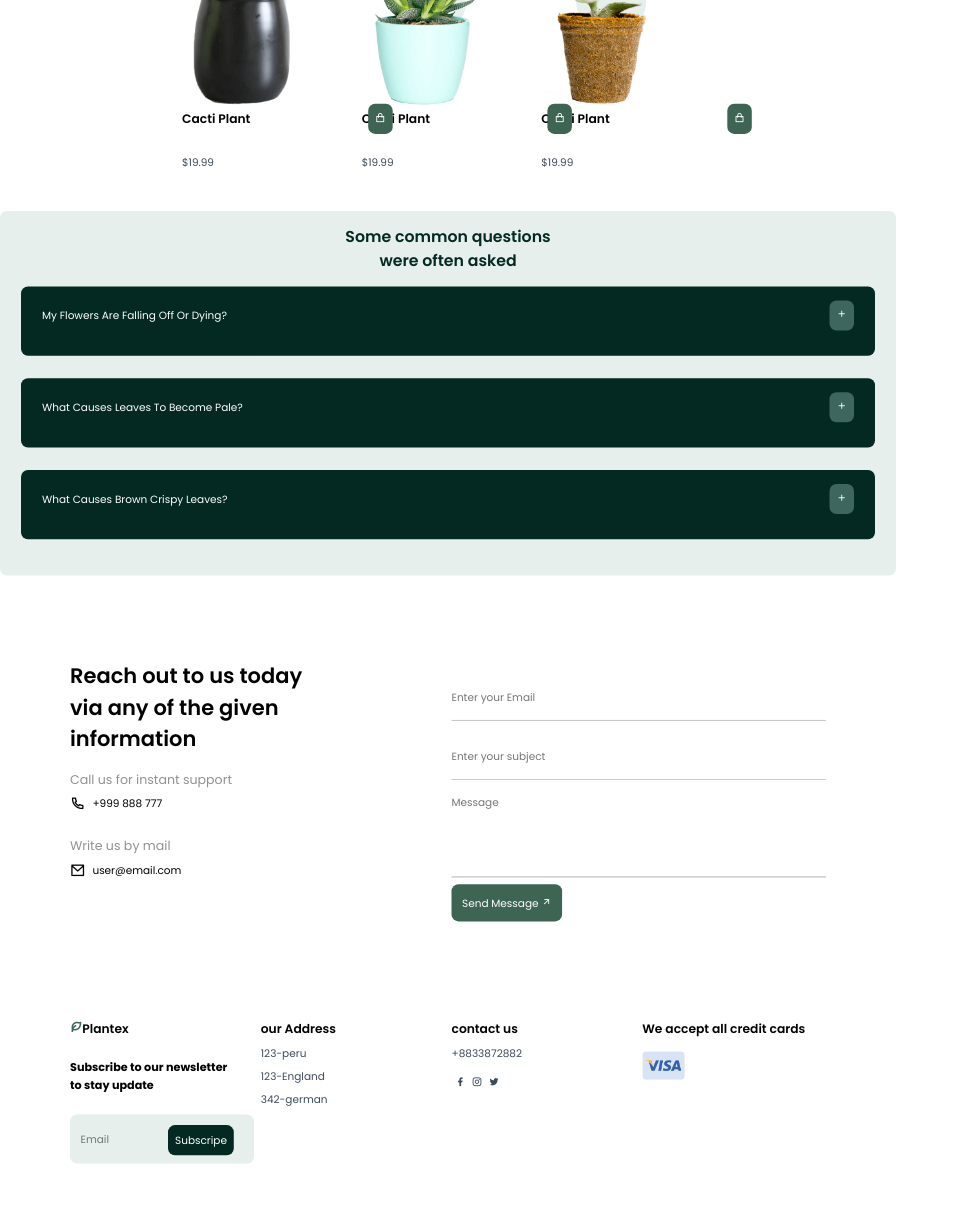
Repository: OmniaRafat232111121/plantwebsite
Page: index.html
An editor plug-in stored every save of this project. The page is shown before and after a run of saves, followed by the edit.
The browser window is 1280 px wide. The page is 1280 px wide, then 1398 px, so the pictures cover 1398 px, including what lies to the right of the window. The pictures show the part of the page from y = 2516 to 4276 px (the page is 4276 px tall), at 70% of full size.

Above is the page before, as saved 2023-01-05 17:12:27.

### index.html
<!DOCTYPE html>
<html lang="en">
<head>
    <meta charset="UTF-8">
    <meta http-equiv="X-UA-Compatible" content="IE=edge">
    <meta name="viewport" content="width=device-width, initial-scale=1.0">
    <title>plant-website</title>
      <!--icon web-->
    <link rel="shortcut icon" href="assets/img/favicon.png" type="image/x-icon">
    <!--css style-->
    <link rel="stylesheet" href="./assets/css/styles.css">
    <!--remix icon-->
    <link href="https://cdn.jsdelivr.net/npm/remixicon@2.5.0/fonts/remixicon.css" rel="stylesheet">

</head>
<body>
<!--header-->
<header class="header" id="header">
<div class="container-header">
    <a class="nav_logo">
   <i class="ri-leaf-line nav_logo-icon "></i>Plantex
</a>

<nav class="nav_menu" id="nav_menu">
    <ul class="nav_list" id="nav_list">
        <li class="nav_item" id="nav_item">
                            <a href="#home" class="nav_link active-link">Home</a>
                        </li>
                        <li class="nav__item">
                            <a href="#about" class="nav_link">About</a>
                        </li>
                        <li class="nav__item">
                            <a href="#products" class="nav_link">Products</a>
                        </li>
                        <li class="nav__item">
                            <a href="#faqs" class="nav_link">FAQs</a>
                        </li>
                        <li class="nav__item">
                            <a href="#contact" class="nav_link">Contact Us</a>
                        </li>
                        <li class="mood">
       <i class= "ri-moon-line change-theme" id="theme-button"></i>

    </li>



    </ul>

    <div class="nav-close" id="nav_close">
        <i class="ri-close-line"></i>

    </div>
    <div  class="nav-btns">
   <i class= "ri-moon-line change-theme" id="theme-button"></i>
    <div class="nav-toggle" id="navToggle">
      <i class="ri-menu-line"></i>
    </div>
   </div>
    </div>
</nav>
</div>

</header>


    <!--home start-->
    <section class="home" id="home">
        <div class="home-container">
            <div class="left-content">
                <h1 class="home-title">plants will make <br>
                    your life better</h1>
                <p class="home-des">Create incredible plant design for your offices or apastaments. Add fresness to your new ideas.</p>
              <a>Explore<i class="ri-arrow-right-down-line button__icon"></i></a>
            </div>
            <div class="right-content">
            <img src="./assets/img/home.png" alt=""/>
            <div class=social_icons>
                 <span class="home__social-follow">Follow Us</span>

                        <div class="home__social-links">
                            <a href="https://www.facebook.com/" target="_blank" class="home__social-link">
                                <i class="ri-facebook-fill"></i>
                            </a>
                            <a href="https://www.instagram.com/" target="_blank" class="home__social-link">
                                <i class="ri-instagram-line"></i>
                            </a>
                            <a href="https://twitter.com/" target="_blank" class="home__social-link">
                                <i class="ri-twitter-fill"></i>
                            </a>
                        </div>

            </div>

        </div>

    </section>
 <!--home end-->
 <!--about start-->
 <section class="about" id="about">
    <div class="about-container">
        <div class="left-about">
          <img src="./assets/img/about.png" alt="image-about"/>
        </div>
        <div class="right-about">
            <h2 class="about-title">Who we really are &<br>why choose us</h2>
            <p class="about-desc">We have over 4000+ unbiased reviews and our customers trust our plant process and delivery service every time</p>
             <div class="about-deatails">
                <p class="about-description">
                      <i class="ri-checkbox-fill about__details-icon"></i>
                       We always deliver on time.
                </p>
                 <p class="about-description">
                      <i class="ri-checkbox-fill about__details-icon"></i>
                      We give you guides to protect and care for your plants.
                </p>

                 <p class="about-description">
                      <i class="ri-checkbox-fill about__details-icon"></i>
                      We give you guides to protect and care for your plants.
                </p>

                 <p class="about-description">
                      <i class="ri-checkbox-fill about__details-icon"></i>
                       We always deliver on time.
                </p>


             </div>
              <a href="#" class="button-link">
                            Shop Now <i class="ri-arrow-right-down-line button__icon"></i>
                        </a>
        </div>

    </div>

 </section>

 <!--about end-->
 <!--steps start-->
 <section class="steps">
    <div class="steps-container">
        <h2>Steps to start your<br>
            plants off right</h2>
            <div class="about-boxes">
                <div class="box">
                <span>01</span>
                <h3>Choose Plant</h3>
                <p>
                    We have several varieties
                    <br>plants you can choose from.
                </p>
                </div>
                  <div class="box">
                <span>02</span>
                <h3>Place an order</h3>
                <p>
                   Once your order is set, we<br>
                    move to the next step which<br>
                     is the shipping.
                </p>
                </div>

                 <div class="box">
                <span>03</span>
                <h3>Get plants delivered</h3>
                <p>
                   Our delivery process is easy,
                   <br> you receive the plant direct
                   <br>to your door.


                </p>
                </div>
            </div>

    </div>

 </section>
  <!--steps start-->
  <!--products start-->
  <section class="products" id="products">
    <div class="product-container">
        <div class="products-content">
        <h2>Check out our
            <br>products</h2>
            <p>Here are some selected plants from our showroom, all are in excellent shape and has a long life span. Buy and enjoy best quality.</p>
        </div>
        <div class="products-boxes">
            <div class="box">
                 <div class="product__circle"></div>
                <img src="./assets/img/product1.png" alt=""/>
                <h3>Cacti Plant</h3>
                <div>
                    <span>$19.99</span>
                     <button class="product_Button">
                            <i class="ri-shopping-bag-line"></i>
                        </button>
                </div>

            </div>
             <div class="box">
                 <div class="product__circle"></div>
                <img src="./assets/img/product2.png" alt=""/>
                <h3>Cacti Plant</h3>
                <div>
                    <span>$19.99</span>
                     <button class="product_Button">
                            <i class="ri-shopping-bag-line"></i>
                        </button>
                </div>

            </div>
             <div class="box">
                 <div class="product__circle"></div>
                <img src="./assets/img/product3.png" alt=""/>
                <h3>Cacti Plant</h3>
                <div>
                    <span>$19.99</span>
                     <button class="product_Button">
                            <i class="ri-shopping-bag-line"></i>
                        </button>
                </div>

            </div>
             <div class="box">
                 <div class="product__circle"></div>
                <img src="./assets/img/product4.png" alt=""/>
                <h3>Cacti Plant</h3>
                <div>
                    <span>$19.99</span>
                     <button class="product_Button">
                            <i class="ri-shopping-bag-line"></i>
                        </button>
                </div>

            </div>
             <div class="box">
                 <div class="product__circle"></div>
                <img src="./assets/img/product5.png" alt=""/>
                <h3>Cacti Plant</h3>
                <div>
                    <span>$19.99</span>
                     <button class="product_Button">
                            <i class="ri-shopping-bag-line"></i>
                        </button>
                </div>

            </div>
             <div class="box">
                 <div class="product__circle"></div>
                <img src="./assets/img/product6.png" alt=""/>
                <h3>Cacti Plant</h3>
                <div>
                    <span>$19.99</span>
                     <button class="product_Button">
                            <i class="ri-shopping-bag-line"></i>
                        </button>
                </div>

            </div>

        </div>

    </div>

  </section>
   <!--products end-->
   <!--question start-->
   <section class="question" id="faqs">
    <div class="title">
      <h2>Some common questions<br>
were often asked</h2>
    </div>
  <div class="section-question">


     <!--article one-->
      <article class="question">
        <div class="question-title">
         <p>My flowers are falling off or dying?</p>
         <button type="button" class="question-btn">
          <span class="plus-icon"><i class="ri-add-line"></i></span>
        <span class="minus-icon"><i class="ri-close-line"></i></span>
         </button>

        </div>
         <div class="question-text">
              <p>
               Plants are easy way to add color energy and transform your space but which planet is for you. Choosing the right plant.
              </p>
            </div>

    </article>
     <!--article two-->
      <article class="question">
        <div class="question-title">
         <p>What causes leaves to become pale?</p>
         <button type="button" class="question-btn">
          <span class="plus-icon"><i class="ri-add-line"></i></span>
        <span class="minus-icon"><i class="ri-close-line"></i></span>
         </button>

        </div>
         <div class="question-text">
              <p>
               Plants are easy way to add color energy and transform your space but which planet is for you. Choosing the right plant.
              </p>
            </div>

    </article>
    <!--article three-->
      <article class="question">
        <div class="question-title">
         <p>What causes brown crispy leaves?</p>
         <button type="button" class="question-btn">
          <span class="plus-icon"><i class="ri-add-line"></i></span>
        <span class="minus-icon"><i class="ri-close-line"></i></span>
         </button>

        </div>
         <div class="question-text">
              <p>
           Plants are easy way to add color energy and transform your space but which planet is for you. Choosing the right plant.
              </p>
            </div>

    </article>



  </div>

  </section>
 <!--question end-->
 <!--contact start-->
 <section class="contact" id="contact">
    <div class="contact-container">
        <div class="right-contact">
         <h3 class="contact-title">Reach out to us today<br>
          via any of the given<br>
          information</h3>
          <div class="call-contact">
            <p>Call us for instant support</p>
            <span>
            <i class="ri-phone-line"></i>
                +999 888 777
            </span>

          </div>
           <div class="mail-contact">
            <p>Write us by mail</p>
            <span>
            <i class="ri-mail-line"></i>
               user@email.com
            </span>

          </div>
        </div>
        <div class="left-contact">
        <form action="mailto:omniarafat2321@gmail.com" class="contact_form">
            <div class="inputs-contact">
             <div class="contact_content">
            <input   type="email" placeholder="Enter your Email">


                 </div>
                 <div class="contact_content">
            <input type="text" placeholder="Enter your subject ">

                 </div>
                 <div class="contact_content">
                    <textarea name="message" placeholder="Message "></textarea>

                            </div>

            </div>
                <button>
                Send Message
                <i class="ri-arrow-right-up-line button__icon"></i>
             </button>
        </form>
        </div>

    </div>

 </section>
  <!--contact end-->
<!--footer-start-->
  <section class="footer">
<div class="footer-container">
<div class="box">
    <h3>
           <i class="ri-leaf-line nav_logo-icon "></i>Plantex
    </h3>
    <h4>Subscribe to our newsletter<br>
to stay update</h4>
<a>
    <input type="email" placeholder="Email"/>
<button>
   Subscripe
</button>
</a>

</div>
<div class="box">
<h3>our Address</h3>
<span>123-peru</span>
<span>123-England</span>
<span>342-german</span>
</div>
<div class="box">
<h3>contact us</h3>
<span>+8833872882</span>
<div class="social">
     <a href="https://www.facebook.com/" target="_blank" class="home__social-link">
                                <i class="ri-facebook-fill"></i>
                            </a>
                            <a href="https://www.instagram.com/" target="_blank" class="home__social-link">
                                <i class="ri-instagram-line"></i>
                            </a>
                            <a href="https://twitter.com/" target="_blank" class="home__social-link">
                                <i class="ri-twitter-fill"></i>
                            </a>

</div>
</div>
<div class="box">
    <h3>We accept all credit cards</h3>
 <div class="box-images">
<img src="./assets/img/card1.png"/>
 </div>

</div>
</div>
  </section>
  <!--footer-end-->
 <!--scroll reveal-->
<script src="assets/js/scrollreveal.min.js"></script>
  <!--contact end-->
   <script src="./assets/js/main.js"></script>
</body>
</html>

Loaded but not shown: assets/js/scrollreveal.min.js (library); assets/js/main.js (35 lines, source omitted); assets/css/styles.css (780 lines, source omitted)

After the next 4 saves:
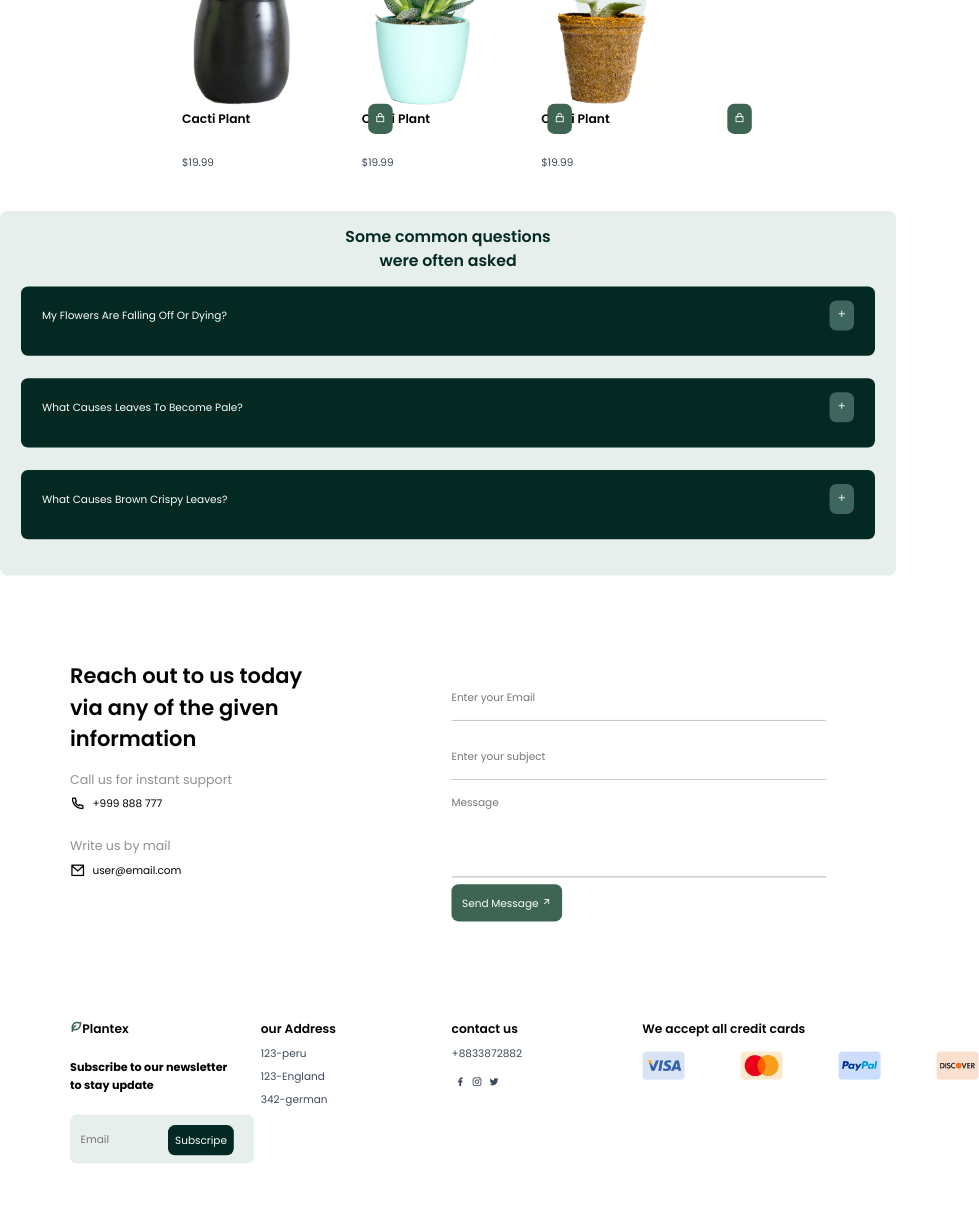
The 4 saves are shown as one change because they came seconds apart.
The last was saved 15 s later.
--- a/index.html
+++ b/index.html
@@ -429,6 +429,9 @@ to stay update</h4>
     <h3>We accept all credit cards</h3>
  <div class="box-images">
 <img src="./assets/img/card1.png"/>
+<img src="./assets/img/card2.png"/>
+<img src="./assets/img/card3.png"/>
+<img src="./assets/img/card4.png"/>
  </div>
 
 </div>
